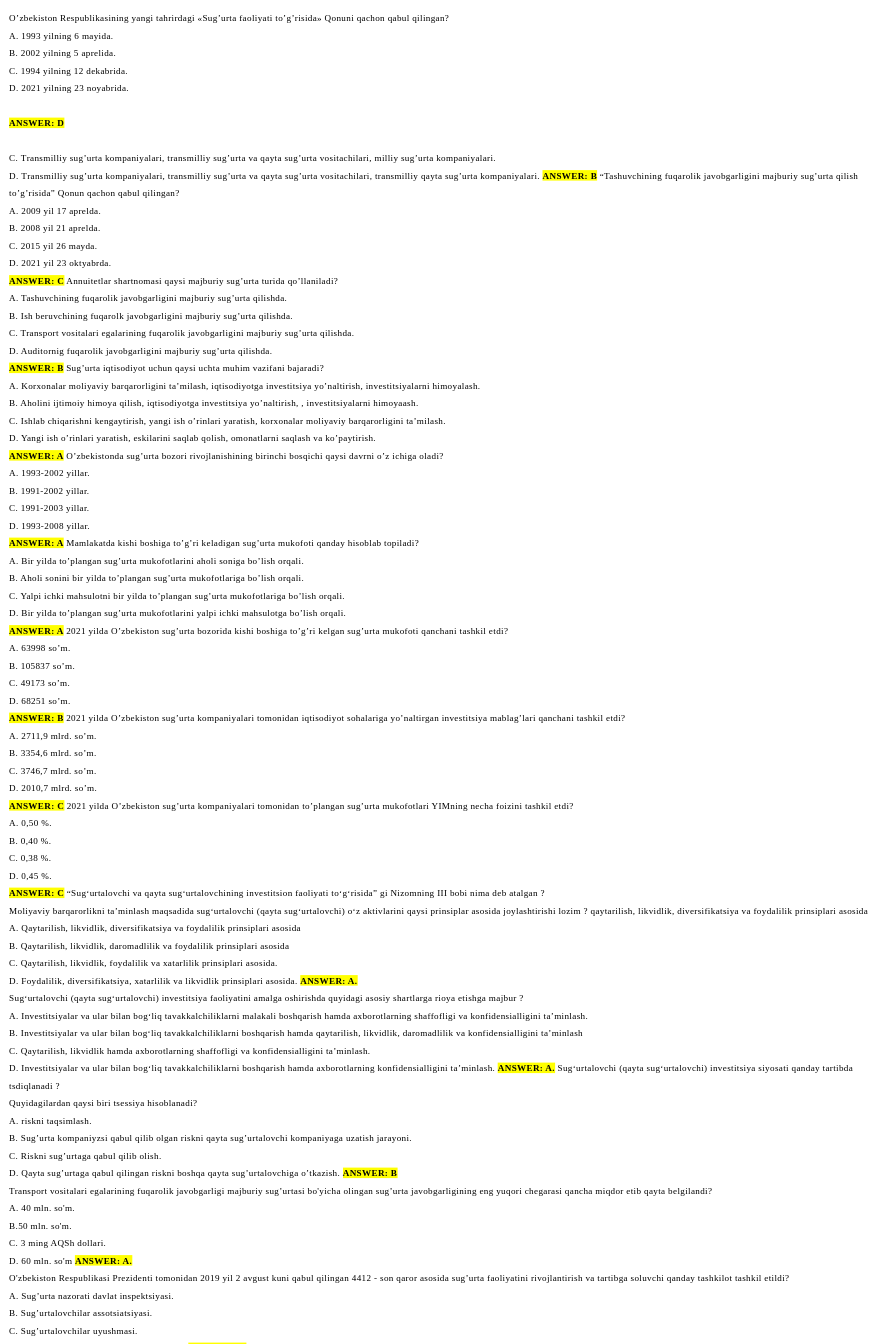
Repository: Ikromkhurozov/tsue-exam-answers
Page: index.html
The author's editor kept a copy of each file at every save. The page is drawn from the files as they stood at one save, then again after the next save.
The browser window is 1280 px wide. The pictures show the part of the page from y = 0 to 1920 px (the page is 7351 px tall before and 7326 px after), at 70% of full size.

Above is the page before, as saved 2024-01-22 19:26:05.

After the next save:
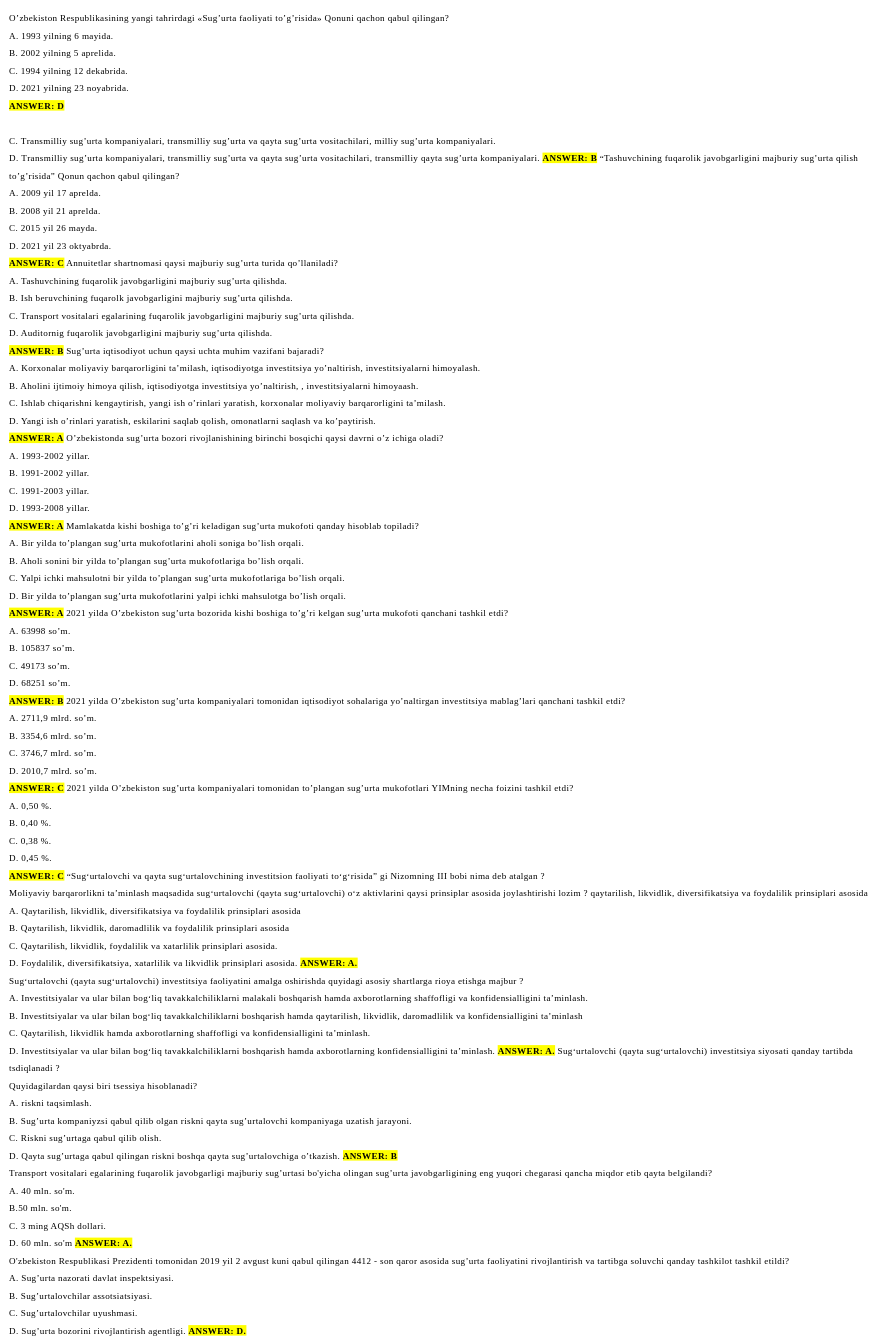
Saved 47 s later.
--- a/index.html
+++ b/index.html
@@ -31,7 +31,7 @@ O’zbekiston Respublikasining yangi tahrirdagi «Sug’urta faoliyati to’g’
  <br> C. 1994 yilning 12 dekabrida.
  <br> D. 2021 yilning 23 noyabrida.
  <br>
- <br> <mark>ANSWER: D</mark>
+ <mark>ANSWER: D</mark>
  <br>
  <br> C. Тransmilliy sug’urta kompaniyalari, transmilliy sug’urta va qayta sug’urta vositachilari, milliy sug’urta kompaniyalari.
  <br> D. Тransmilliy sug’urta kompaniyalari, transmilliy sug’urta va qayta sug’urta vositachilari, transmilliy qayta sug’urta kompaniyalari.
